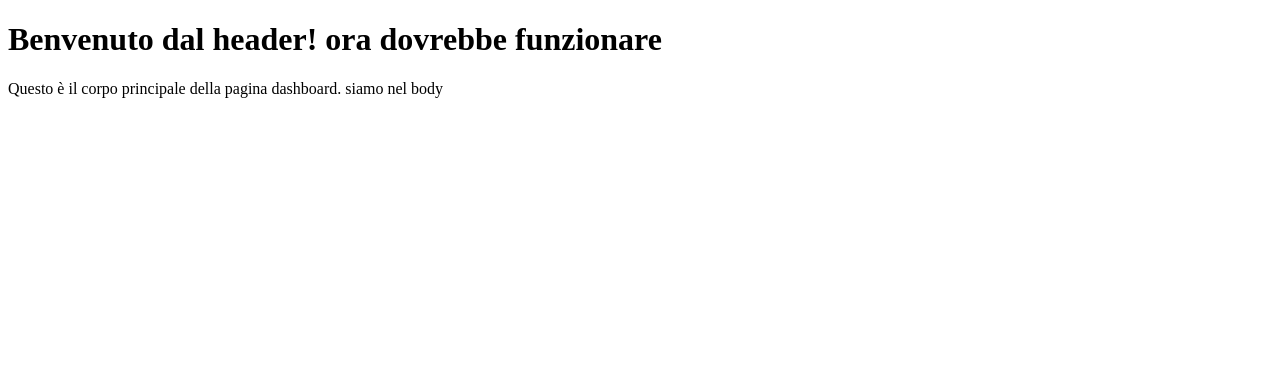
Repository: PcarloP/java_se
Page: http://localhost/anagraficaweb/jsp/body.jsp
These files come from the project's save history. The page is drawn as it stood at one moment and after the next save; the edit follows.
The browser window is 1280 px wide. The pictures show the whole page.
The page is served by Tomcat 10.

Above is the page before, as saved 2025-06-22 10:25:23.

After the next save:
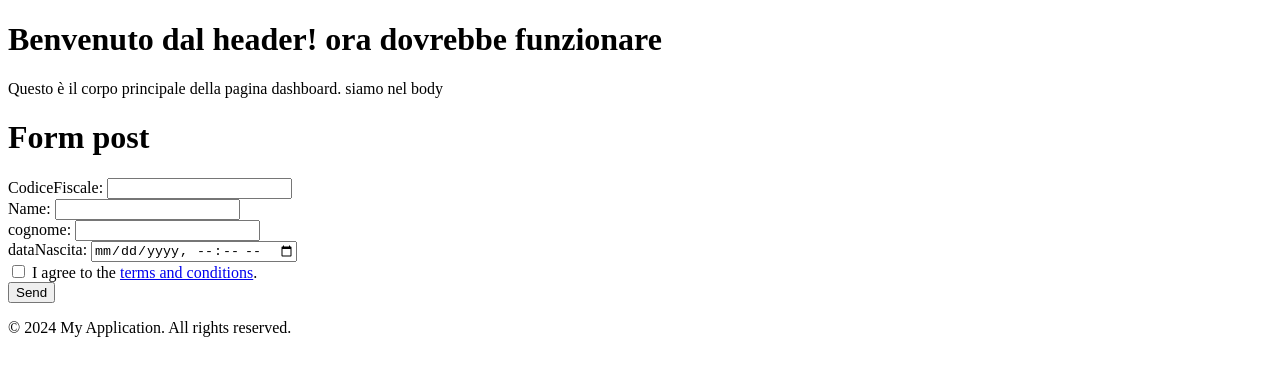
Saved 2 min 13 s later.
--- a/anagraficaweb/WebContent/jsp/body.jsp
+++ b/anagraficaweb/WebContent/jsp/body.jsp
@@ -14,5 +14,54 @@
 
     <p>Questo è il corpo principale della pagina dashboard. siamo nel body</p>
 
+
+
+    <h1>Form post</h1>
+			<!-- servlet del metodo save metodo POST -->
+			<form action="<%=request.getContextPath() + "/salva"%>"
+				method="post">
+
+
+				<div class="form-group">
+					<label for="cf">CodiceFiscale:</label> <input type="text"
+						name="codiceFiscale" id="codiceFiscale"
+						pattern="[A-Z]{6}[0-9]{2}[A-Z][0-9]{2}[A-Z][0-9]{3}[A-Z]"
+						maxlength="16"
+						title="Inserisci un codice fiscale valido (16 caratteri: lettere e numeri)">
+				</div>
+
+				<div class="form-group">
+					<label for="name">Name:</label> <input type="text" id="name"
+						name="name" required aria-label="Name">
+				</div>
+
+				<div class="form-group">
+					<label for="cognome">cognome:</label> <input type="text" id="cognome"
+						name="cognome" required aria-label="cognome">
+				</div>
+
+
+				<div class="form-group">
+					<label for="dataNascita">dataNascita:</label> <input type="datetime-local" id="dataNascita"
+						name="dataNascita" required aria-label="dataNascita">
+				</div>
+
+
+
+				<div class="form-group">
+					<input type="checkbox" id="terms" name="terms" required> <label
+						for="terms">I agree to the <a href="/terms">terms and
+							conditions</a>.
+					</label>
+				</div>
+
+				<button type="submit">Send</button>
+			</form>
+		</main>
+
+		<footer>
+			<p>&copy; 2024 My Application. All rights reserved.</p>
+		</footer>
+
 </body>
 </html>
